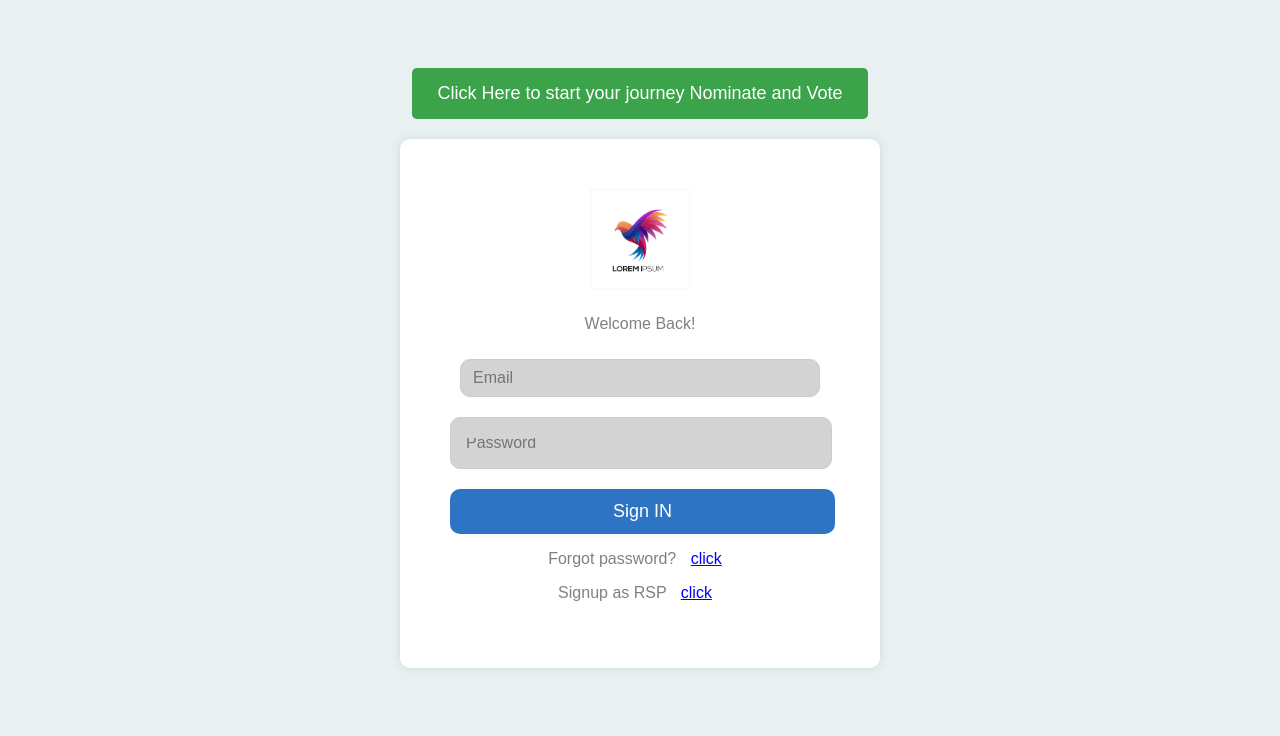
Repository: Femi007-gh/welcome
Page: index.html
An editor plug-in stored every save of this project. The page is shown before and after the next save, followed by the edit.
The browser window is 1280 px wide. The pictures show the whole page.

Above is the page before, as saved 2025-03-10 18:49:21.

### index.html
<html>
<head>
    <title>Login Page</title>
    <link rel="stylesheet" href="style.css">
</head>
<body>
    <button class="green-button">Click Here to start your journey Nominate and Vote</button>
    <div class="container">
        <img src="Logo.jpg" alt="Nigerian Shippers Council Logo">
        <p>Welcome Back!</p>
        <input type="email" placeholder="Email" class="lit">
        <div class="password-container">
            <input type="password" placeholder="Password" class="fit">
        </div>
        <button class="sign-in-button">Sign IN</button>
        <div class="links">
            <p class="under">Forgot password? <a href="#" class="underline">click</a> </p>
            <p class="under">Signup as RSP  <a href="#" class="underline">click</a></p>
    </div>
</body>
</html>

### style.css
body {
  font-family: Arial, sans-serif;
  background-color: #e8f0f2;
  display: flex;
  justify-content: center;
  align-items: center;
  height: 100vh;
  flex-direction: column;
}
.green-button {
  background-color: #3ba349;
  color: white;
  padding: 15px 25px;
  border: none;
  border-radius: 5px;
  cursor: pointer;
  margin-bottom: 20px;
  font-size: 18px;
}
.container {
  background-color: white;
  padding: 50px;
  border-radius: 10px;
  box-shadow: 0 0 10px rgba(0, 0, 0, 0.1);
  text-align: center;
  width: 380px;
}
.container img {
  width: 100px;
  margin-bottom: 10px;
}
p {
  color: gray;
}
input {
  width: calc(100% - 20px);
  padding: 12px;
  margin: 10px 0;
  border: 1px solid #ccc;
  border-radius: 10px;
  font-size: 16px;
  background: #d3d3d3;
}
.password-container {
  display: flex;
  align-items: center;
  background: #d3d3d3;
  border: 1px solid #ccc;
  border-radius: 10px;
  padding: 10px;
  width: calc(100% - 20px);
  margin: 10px 0;
}
.password-container input {
  border: none;
  outline: none;
  flex: 1;
  background: transparent;
  padding: 5px;
}
.password-container i {
  cursor: pointer;
  font-size: 18px;
  margin-left: 10px;
}
.sign-in-button {
  background-color: #2d74c4;
  color: white;
  padding: 12px;
  border: none;
  border-radius: 10px;
  cursor: pointer;
  width: 100%;
  font-size: 18px;
  margin-top: 10px;
  width: 385px;
}
.links {
  margin-top: 10px;
  font-size: 16px;
}
.links a {
  color: gray;
  text-decoration: none;
  margin: 0 10px;
}
.links a.underline {
  color: blue;
  text-decoration: underline;
}
.fit {
height: 3px;
}
.lit{
height: 38px;
}

After the next save:
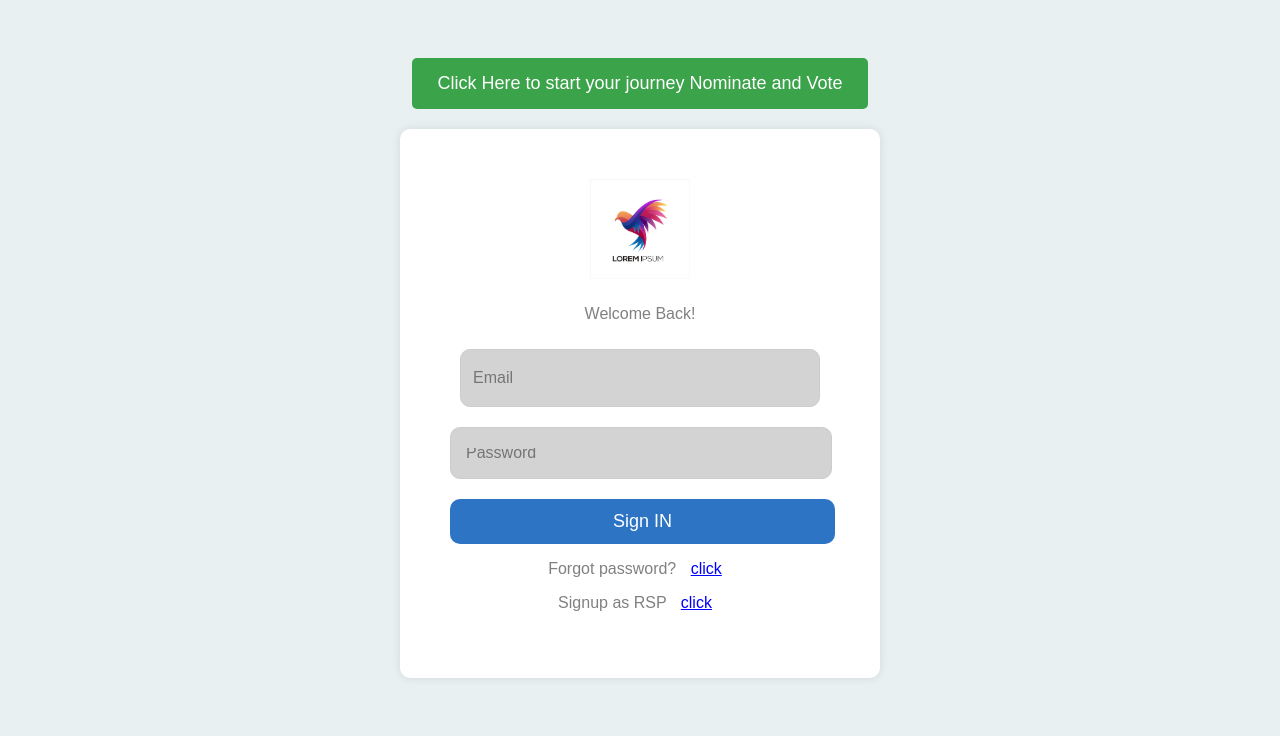
Saved 5 s later.
--- a/style.css
+++ b/style.css
@@ -92,5 +92,5 @@
 height: 3px;
 }
 .lit{
-height: 38px;
+height: 58px;
 }
